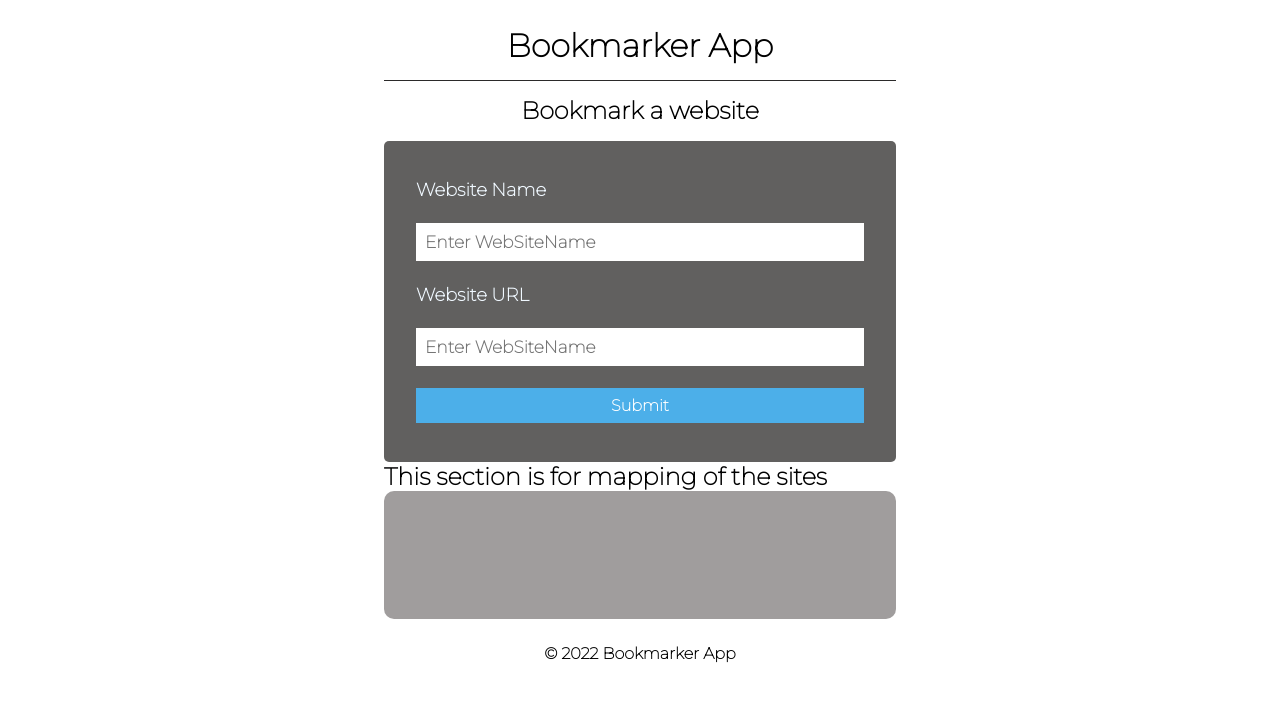
Repository: Suporl9/BookMarkerApp
Page: index.html
The author's editor kept a copy of each file at every save. The page is drawn from the files as they stood at one save, then again after the next save.
The browser window is 1280 px wide. The pictures show the whole page.

Above is the page before, as saved 2021-11-23 20:05:31.

After the next save:
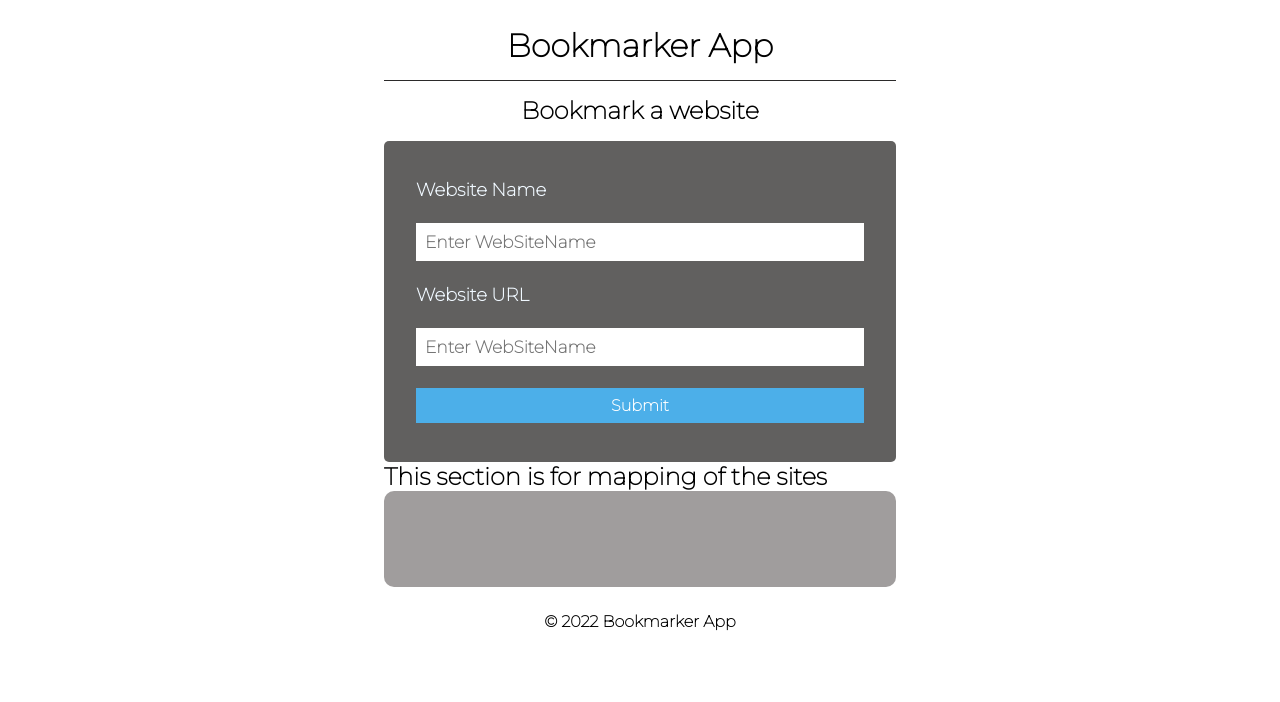
Saved 6 s later.
--- a/style.css
+++ b/style.css
@@ -108,5 +108,5 @@ body {
 #ullist {
   background-color: rgb(160, 157, 157);
   border-radius: 10px;
-  padding: 4rem;
+  padding: 3rem;
 }
